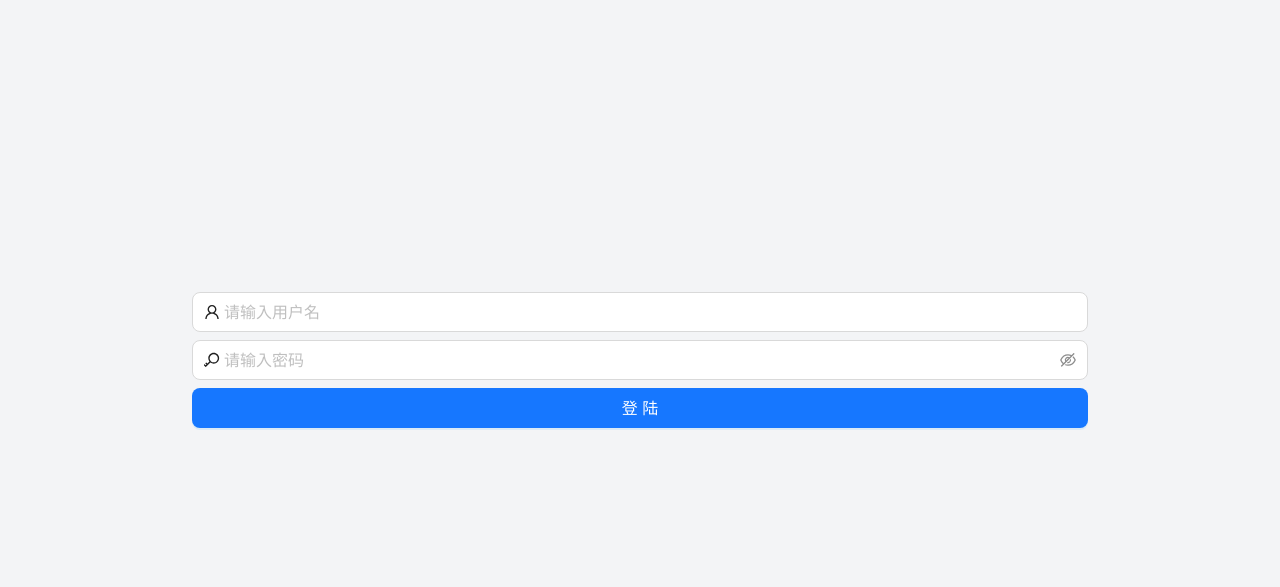
Repository: wujieli0207/tiny-flash-card
Page: /#/login
The author's editor kept a copy of each file at every save. The page is drawn from the files as they stood at one save, then again after the next save.
The browser window is 1280 px wide. The pictures show the whole page.
The project was rebuilt for these pictures with package versions that can differ from the ones it lists, and the page was loaded fresh each time. Also part of the build but not shown: vite.config.ts.

Above is the page before, as saved 2023-06-11 18:29:18.

### index.html
<!DOCTYPE html>
<html lang="en">
  <head>
    <meta charset="UTF-8" />
    <link rel="icon" type="image/svg+xml" href="/vite.svg" />
    <meta name="viewport" content="width=device-width, initial-scale=1.0" />
    <title>tiny-flash-card</title>
  </head>
  <body>
    <div id="root"></div>
    <script type="module" src="/src/client/main.tsx"></script>
  </body>
</html>

### src/client/main.tsx
import { createRoot } from 'react-dom/client'
import App from './App'

import './styles/index.css'

// eslint-disable-next-line @typescript-eslint/no-non-null-assertion
const rootContainer = document.getElementById('root')!

createRoot(rootContainer).render(<App />)

### src/client/App.tsx
import { RouterProvider } from 'react-router-dom'
import { routes } from './route'

const APP = () => {
  return <RouterProvider router={routes} />
}

export default APP

### src/client/route.tsx
import { ComponentType, Suspense, lazy } from 'react'
import { createHashRouter, Outlet } from 'react-router-dom'

const lazyLoad = (
  compLoader: () => Promise<{ default: ComponentType<unknown> }>
) => {
  const Comp = lazy(compLoader)
  return (
    <Suspense fallback={<div>Loading...</div>}>
      <Comp />
    </Suspense>
  )
}

export const routes = createHashRouter([
  {
    path: '/',
    children: [
      // 登陆
      {
        path: '/login',
        element: lazyLoad(() => import('./pages/login.tsx')),
      },
    ],
    element: <Outlet />,
  },
])

### src/client/pages/login.tsx
import { useRef, useState } from 'react'
import { Input, Button } from 'antd'
import type { InputRef } from 'antd'
import { UserOutlined, KeyOutlined } from '@ant-design/icons'
import { PageTitle } from '@/client/components/PageTitle'
import { messageError } from '@/client/utils/message'

const Login = () => {
  // 用户名
  const [username, setUsername] = useState('')
  // 密码
  const [password, setPassword] = useState('')
  // 用户名输入框
  const usernameRef = useRef<InputRef>(null)
  // 密码输入框
  const passwordRef = useRef<InputRef>(null)

  const onSubmit = () => {
    if (!username) {
      messageError('请输入用户名')
      usernameRef.current?.focus()
      return
    }

    if (!password) {
      messageError('请输入密码')
      passwordRef.current?.focus()
      return
    }
  }

  return (
    <div className="h-screen w-screen bg-gray-100 flex flex-col justify-center items-center dark:text-gray-100">
      <PageTitle title="登陆" />

      <div className="w-[70%]">
        <Input
          value={username}
          ref={usernameRef}
          placeholder="请输入用户名"
          size="large"
          prefix={<UserOutlined />}
          className="mb-2"
          onChange={(e) => setUsername(e.target.value)}
          onKeyUp={(e) => {
            if (e.key === 'Enter') {
              passwordRef.current?.focus()
            }
          }}
        />
        <Input.Password
          value={password}
          ref={passwordRef}
          placeholder="请输入密码"
          size="large"
          prefix={<KeyOutlined />}
          className="mb-2"
          onChange={(e) => setPassword(e.target.value)}
          onKeyUp={(e) => {
            if (e.key === 'Enter') {
              onSubmit()
            }
          }}
        />
        <Button type="primary" size="large" block onClick={onSubmit}>
          登 陆
        </Button>
      </div>
    </div>
  )
}

export default Login

### src/client/components/PageTitle.tsx
import { FC } from 'react'
import { Helmet } from 'react-helmet'

interface IProps {
  title: string
}

export const PageTitle: FC<IProps> = (props) => {
  return (
    <Helmet>
      <title>{props.title} - flash card</title>
    </Helmet>
  )
}

### src/client/utils/message.ts
import { App, message as antdMessage } from 'antd'
import { MessageInstance, NoticeType } from 'antd/es/message/interface'

let messageInstance: MessageInstance = antdMessage

export const useInitMessage = () => {
  const staticFunction = App.useApp()
  messageInstance = staticFunction.message
}

export const message = (type: NoticeType, content: string) => {
  return messageInstance.open({ type, content })
}

export const messageSuccess = (content: string) => {
  return messageInstance.success(content)
}

export const messageError = (content: string) => {
  return messageInstance.error(content)
}

export const messageWarning = (content: string) => {
  return messageInstance.warning(content)
}

export const messageInfo = (content: string) => {
  return messageInstance.info(content)
}

### tailwind.config.js
/* eslint-disable no-undef */
/** @type {import('tailwindcss').Config} */
export default {
  darkMode: ['class', '[data-theme="dark"]'],
  content: ['./src/**/*.{js,jsx,ts,tsx,html}'],
  theme: {
    extend: {},
  },
  plugins: [require('@tailwindcss/typography')],
}

Loaded but not shown: src/client/styles/index.css (common file)

After the next save:
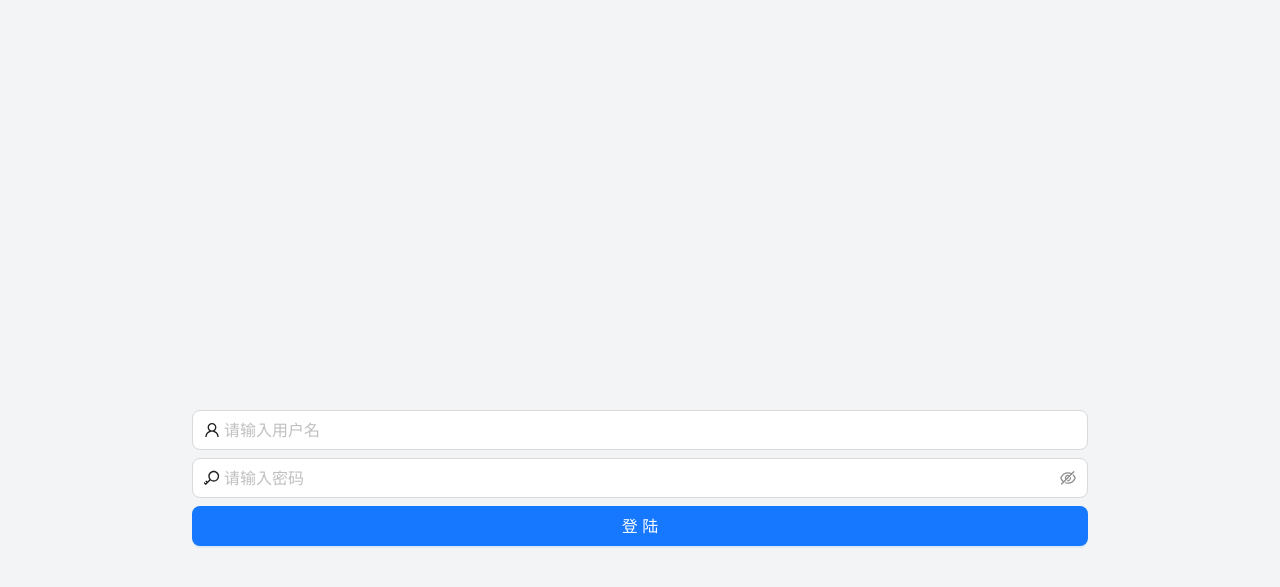
Saved 112 s later.
--- a/src/client/pages/login.tsx
+++ b/src/client/pages/login.tsx
@@ -32,6 +32,8 @@ const Login = () => {
   return (
     <div className="h-screen w-screen bg-gray-100 flex flex-col justify-center items-center dark:text-gray-100">
       <PageTitle title="登陆" />
+
+      <header className="w-screen text-center min-h-[236px]"></header>
 
       <div className="w-[70%]">
         <Input
